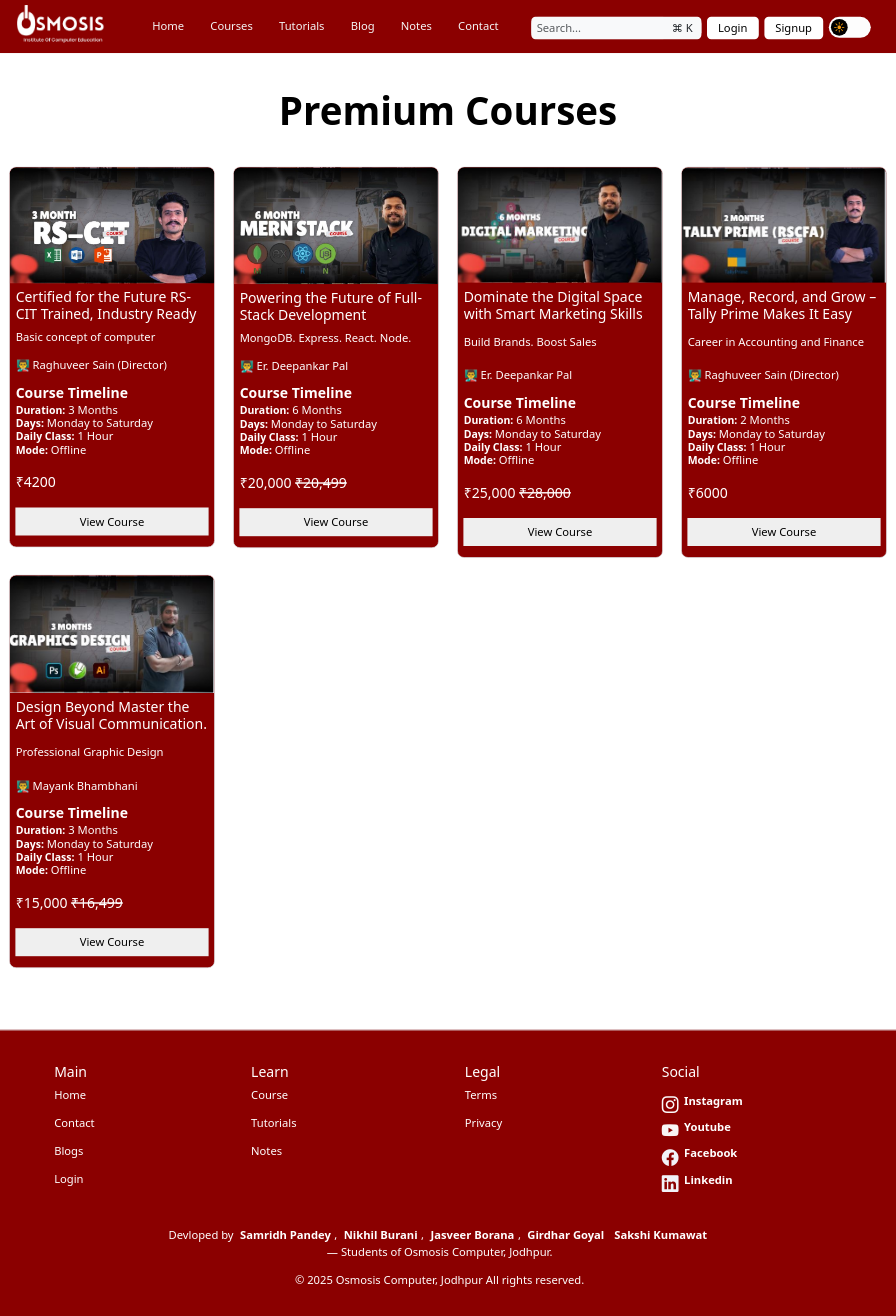
Repository: samriidhpandey/osmosis
Page: /Courses
An editor plug-in stored every save of this project. The page is shown before and after a run of saves, followed by the edit.
The browser window is 1280 px wide. The pictures show the whole page, at 70% of full size.
The project was rebuilt for these pictures with package versions that can differ from the ones it lists, and the page was loaded fresh each time. Also part of the build but not shown: vite.config.js, src/Section2.jsx, src/Section3.jsx, src/Section4.jsx, src/InfiniteReviewScroll.jsx, src/Section5.jsx, src/TypingText.jsx, src/AnimatedName.jsx and 103 more. Imported but missing from the stored project, and not drawn on this page: src/Images/final-app-on-mobile.mp4, src/Images/final-app-on-pc.mp4, src/Images/open-terminals.mp4, src/Images/python-location.mp4.

Above is the page before, as saved 2025-07-21 16:37:53.

### index.html
<!doctype html>
<html lang="en">
  <head>
    <meta charset="UTF-8" />
    <link rel="icon" type="image/png" href="./src/image/fe1.png" />
    <meta name="viewport" content="width=device-width, initial-scale=1.0" />
    <title>Osmosis Computer</title>
    <link href="https://cdn.jsdelivr.net/npm/bootstrap@5.0.2/dist/css/bootstrap.min.css" rel="stylesheet" integrity="sha384-EVSTQN3/azprG1Anm3QDgpJLIm9Nao0Yz1ztcQTwFspd3yD65VohhpuuCOmLASjC" crossorigin="anonymous">
    <link rel="stylesheet" href="https://cdnjs.cloudflare.com/ajax/libs/font-awesome/6.7.2/css/all.min.css" integrity="sha512-Evv84Mr4kqVGRNSgIGL/F/aIDqQb7xQ2vcrdIwxfjThSH8CSR7PBEakCr51Ck+w+/U6swU2Im1vVX0SVk9ABhg==" crossorigin="anonymous" referrerpolicy="no-referrer" />
    <link href="https://cdn.jsdelivr.net/npm/bootstrap@5.3.0/dist/css/bootstrap.min.css" rel="stylesheet" />
<link href="https://cdn.jsdelivr.net/npm/bootstrap-icons/font/bootstrap-icons.css" rel="stylesheet" />
<!-- <iframe src="https://my.spline.design/your-project-link" frameborder="0" width="100%" height="100%"></iframe> -->


  </head>
  <body>
    <div id="root"></div>
    <script type="module" src="/src/main.jsx"></script>
    <script src="https://cdn.jsdelivr.net/npm/bootstrap@5.0.2/dist/js/bootstrap.bundle.min.js" integrity="sha384-MrcW6ZMFYlzcLA8Nl+NtUVF0sA7MsXsP1UyJoMp4YLEuNSfAP+JcXn/tWtIaxVXM" crossorigin="anonymous"></script>
  </body>
</html>

### src/Footer.jsx
import React from 'react'
import get from './image/github.svg'
import get1 from './image/X.svg'
import get2 from './image/youtube.svg'
import { Link } from 'react-router-dom'
import get3 from './image/facebook.svg'


function Footer({isDark}) {
  const footer = {
    backgroundColor: isDark ? '#111827':'darkred',
    color: isDark ? 'white':'white',
  };
  return (
    <>
    <div className="container-fluid">
      <div className="row border-top" style={footer}>
        <div className="col-12 col-sm-12 col-md-12 col-lg-12 col-xl-11 col-xxl-10 m-auto ">
          <div className="row">
            <div className="col-6 col-sm-6 col-md-3 col-lg-3 col-xl-3 col-xxl-3 mt-5 ps-4 fot-menu">
              <h5>Main</h5>
              <Link to="/" className='text-white'><p>Home</p></Link>{""}
              <Link to="/Contact" className='text-white'><p>Contact</p></Link>{""}
              <Link to="/Blog" className='text-white'><p>Blogs</p></Link>{""}
              <Link to="/Login" className='text-white'><p>Login</p></Link>{""}
            </div>

            <div className="col-6 col-sm-6 col-md-3 col-lg-3 col-xl-3 col-xxl-3 mt-5">
              <h5>Learn</h5>
              <Link to="/Courses" className='text-white'><p>Course</p></Link>{""}
              <Link to="/Tutorial" className='text-white'><p>Tutorials</p></Link>{""}
              <Link to="/Notes" className='text-white'><p>Notes</p></Link>{""}

            </div>

            <div className="col-6 col-sm-6 col-md-3 col-lg-3 col-xl-3 col-xxl-3 mt-5 ps-4">
              <h5>Legal</h5>
              <Link to="/Terms" className='text-white'><p>Terms</p></Link>{""}
              <Link to="/Privacy" className='text-white'><p>Privacy</p></Link>{""}
              {/* <p>Refund</p> */}

            </div>

            <div className="col-6 col-sm-6 col-md-3 col-lg-3 col-xl-3 col-xxl-3 mt-5">
              <h5>Social</h5>
             <a href="https://www.instagram.com/osmosis_computer?igsh=MWkyNGtib2s1NG10OQ%3D%3D&utm_source=qr "
              target="_blank"
    rel="noopener noreferrer"
    style={{
      color:'white',
      textDecoration: "none",
      fontWeight: "bold",
      marginTop: "0px",
      marginBottom: "0px",
    }}
    onMouseOver={(e) => (e.target.style.textDecoration = "underline")}
    onMouseOut={(e) => (e.target.style.textDecoration = "none")}><div className="social d-flex p-0 mt-3"> <i className="bi bi-instagram" style={{fontSize:'24px', color:" #fcf9faff",}}></i><img className='img-fluid me-2 bg-light rounded' alt="" /> <p> Instagram</p></div> </a>


    <a href="https://www.youtube.com/@OsmosisComputerJodhpur "
              target="_blank"
    rel="noopener noreferrer"
    style={{
      color:'white',
      textDecoration: "none",
      fontWeight: "bold",
      marginTop: "0px",
      marginBottom: "0px",
    }}
    onMouseOver={(e) => (e.target.style.textDecoration = "underline")}
    onMouseOut={(e) => (e.target.style.textDecoration = "none")}><div className="social d-flex p-0 mt-3"> <i className="bi bi-youtube" style={{fontSize:'24px', color:" #f9f5f5ff",}}></i><img className='img-fluid me-2 bg-light rounded' alt="" /> <p> Youtube</p></div> </a>



    <a href="https://www.facebook.com/share/1LYuEtGZGp/?mibextid=wwXIfr"
              target="_blank"
    rel="noopener noreferrer"
    style={{
      color:'white',
      textDecoration: "none",
      fontWeight: "bold",
      marginTop: "0px",
      marginBottom: "0px",
    }}
    onMouseOver={(e) => (e.target.style.textDecoration = "underline")}
    onMouseOut={(e) => (e.target.style.textDecoration = "none")}><div className="social d-flex p-0 mt-3"> <i className="bi bi-facebook" style={{fontSize:'24px', color:" #f2f2f8ff",}}></i><img className='img-fluid me-2 bg-light rounded' alt="" /> <p> Facebook</p></div> </a>



    <a href="https://www.linkedin.com/company/osmosiscomputer/"
              target="_blank"
    rel="noopener noreferrer"
    style={{
      color:'white',
      textDecoration: "none",
      fontWeight: "bold",
      marginTop: "0px",
      marginBottom: "0px",
    }}
    onMouseOver={(e) => (e.target.style.textDecoration = "underline")}
    onMouseOut={(e) => (e.target.style.textDecoration = "none")}><div className="social d-flex p-0 mt-3"> <i className="bi bi-linkedin" style={{fontSize:'24px', color:" #f2f2f8ff",}}></i><img className='img-fluid me-2 bg-light rounded' alt="" /> <p>Linkedin</p></div> </a>



            </div>
          </div>
        </div>

        <div className="row">
          <div className="col-12">


  <footer
  className='mt-3'
  style={{
    padding: "1.5rem",
    textAlign: "center",


  }}
>
  Devloped by{" "}
  <a
    href="https://www.linkedin.com/in/samridh-pandey-771835317?utm_source=share&utm_campaign=share_via&utm_content=profile&utm_medium=android_app"
    target="_blank"
    rel="noopener noreferrer"
    style={{
      color:'white',
      textDecoration: "none",
      fontWeight: "bold",
      margin: "0 5px",
    }}
    onMouseOver={(e) => (e.target.style.textDecoration = "underline")}
    onMouseOut={(e) => (e.target.style.textDecoration = "none")}
  >
    Samridh Pandey
  </a>
  ,{" "}
  <a
    href="https://www.linkedin.com/in/nikhil-burani?utm_source=share&utm_campaign=share_via&utm_content=profile&utm_medium=android_app"
    target="_blank"
    rel="noopener noreferrer"
    style={{
      color:'white',
      textDecoration: "none",
      fontWeight: "bold",
      margin: "0 5px",
    }}
    onMouseOver={(e) => (e.target.style.textDecoration = "underline")}
    onMouseOut={(e) => (e.target.style.textDecoration = "none")}
  >
    Nikhil Burani
  </a>
  ,{" "}
  <a
    href="https://www.linkedin.com/in/jasveer-borana-39878a373?utm_source=share&utm_campaign=share_via&utm_content=profile&utm_medium=android_app "
    target="_blank"
    rel="noopener noreferrer"
    style={{
      color:'white',
      textDecoration: "none",
      fontWeight: "bold",
      margin: "0 5px",
    }}
    onMouseOver={(e) => (e.target.style.textDecoration = "underline")}
    onMouseOut={(e) => (e.target.style.textDecoration = "none")}
  >
    Jasveer Borana
  </a>
  ,{" "}
  <a
    href="https://www.linkedin.com/in/girdhar-goyal-1376b5332?lipi=urn%3Ali%3Apage%3Ad_flagship3_profile_view_base_contact_details%3B9WR3byrCTMq%2FaVpFyt54vQ%3D%3D"
    target="_blank"
    rel="noopener noreferrer"
    style={{
      textDecoration: "none",
      fontWeight: "bold",
      margin: "0 5px",
      color:'white',
    }}
    onMouseOver={(e) => (e.target.style.textDecoration = "underline")}
    onMouseOut={(e) => (e.target.style.textDecoration = "none")}
  >
    Girdhar Goyal
  </a>{" "}

  <a
    href="https://www.linkedin.com/in/sakshi-k-b046b4320?utm_source=share&utm_campaign=share_via&utm_content=profile&utm_medium=ios_app "
    target="_blank"
    rel="noopener noreferrer"
    style={{
      textDecoration: "none",
      fontWeight: "bold",
      margin: "0 5px",
      color:'white',
    }}
    onMouseOver={(e) => (e.target.style.textDecoration = "underline")}
    onMouseOut={(e) => (e.target.style.textDecoration = "none")}
  >
    Sakshi Kumawat
  </a>{" "}

  <p>—  Students of Osmosis Computer, Jodhpur.</p>
  <p>© 2025 Osmosis Computer, Jodhpur All rights reserved.</p>
</footer>



          </div>
        </div>
      </div>
    </div>
    </>
  )
}

export default Footer

### src/Component2/Courses.jsx
import React from 'react'
import ad1 from '../image/c1.jpg';
import ad2 from '../image/c2.jpg';
import ad3 from '../image/c3.jpg';
import ad4 from '../image/c4.jpg';
import ad5 from '../image/c5.jpg';
import { Link } from "react-router-dom";



function Courses({isDark}) {
  const Courses = {
    backgroundColor: isDark ? '#0E121B' : 'white',
    color: isDark ? 'white' : 'black',
  };
  const Courses1 = {
    backgroundColor: isDark ? 'black' : 'darkred',
    color: isDark ? 'white' : 'white',
  };


  const headingStyle = {
    // fontSize: "20px",
    fontWeight: "600",
    color: "white",
    marginBottom: "-20px",
  };

  const itemStyle = {
    fontSize: "16px",
    color: "white",
    // lineHeight:'-100px',
    marginBottom: "-45px",
  };
  return (
    <>
    {/* <BrowserRouter> */}


    <div className="container-fluid">
      <div className="row"style={Courses}>
        <div className="col-12">
          <h1 className=' fw-bolder text-center mt-5 mb-4'>Premium Courses</h1>
          <div className="row mt-5 mb-5 pb-3">

           <div className="col-12 col-sm-12 col-md-6 col-lg-4 col-xl-3 col-xxl-3" >
            <Link to="/part1" className='part1'>
              <div className="row">
                <div className="col-11 border mb-4 pb-2 m-auto p-0 cour-card" style={Courses1}>
                    <div className="col-12 p-0 cour-img">
                <img src={ad1} className='img-fluid cour-img' alt="" />
              </div>
              <div className=" p-2">
            <h5 className=''>Certified for the Future RS-CIT Trained, Industry Ready</h5>
            <p className=''>Basic concept of computer</p>
            <p className=''>👨‍🏫 Raghuveer Sain (Director)</p>
            <h5  style={headingStyle}>Course Timeline</h5>
      <p style={itemStyle}><strong>Duration:</strong> 3 Months</p>
      <p style={itemStyle}><strong>Days:</strong> Monday to Saturday</p>
      <p style={itemStyle}><strong>Daily Class:</strong> 1 Hour</p>
      <p style={itemStyle}><strong>Mode:</strong> Offline </p>
            <h5 className='mt-5'>₹4200</h5>

            <button className='w-100 mt-3 border-0 pt-2 pb-2'>View Course</button>
          </div>
                </div>
              </div>

            </Link>{""}
          </div>


          <div className="col-12 col-sm-12 col-md-6 col-lg-4 col-xl-3 col-xxl-3">
            <Link to="/part2" className='part1'>
              <div className="row">
                <div className="col-11 border mb-4 pb-2 m-auto p-0 cour-card" style={Courses1}>
                    <div className="col-12 p-0 cour-img">
                <img src={ad2} className='img-fluid cour-img' alt="" />
              </div>
              <div className=" p-2">
            <h5 className=''>Powering the Future of Full-Stack Development</h5>
            <p className=''>MongoDB. Express. React. Node.</p>
            <p className=''>👨‍🏫 Er. Deepankar Pal</p>
            <h5 style={headingStyle}>Course Timeline</h5>
      <p style={itemStyle}><strong>Duration:</strong> 6 Months</p>
      <p style={itemStyle}><strong>Days:</strong> Monday to Saturday</p>
      <p style={itemStyle}><strong>Daily Class:</strong> 1 Hour</p>
      <p style={itemStyle}><strong>Mode:</strong> Offline </p>
            <h5 className='mt-5'>₹20,000 <s>₹20,499</s></h5>

            <button className='w-100 mt-3 border-0 pt-2 pb-2'>View Course</button>
          </div>
                </div>
              </div>
             </Link>{""}

          </div>



          <div className="col-12 col-sm-12 col-md-6 col-lg-4 col-xl-3 col-xxl-3">
            <Link to="/part3" className='part1'>
              <div className="row">
                <div className="col-11 border mb-4 pb-2 m-auto p-0 cour-card" style={Courses1}>
                    <div className="col-12 p-0 cour-img">
                <img src={ad3} className='img-fluid cour-img w-100' alt="" />
              </div>
              <div className=" p-2">
            <h5 className=''>Dominate the Digital Space with Smart Marketing Skills</h5>
            <p className='mt-3'>Build Brands. Boost Sales</p>
            <p className='mt-4'>👨‍🏫 Er. Deepankar Pal</p>
            <h5 style={headingStyle}>Course Timeline</h5>
      <p style={itemStyle}><strong>Duration:</strong> 6 Months</p>
      <p style={itemStyle}><strong>Days:</strong> Monday to Saturday</p>
      <p style={itemStyle}><strong>Daily Class:</strong> 1 Hour</p>
      <p style={itemStyle}><strong>Mode:</strong> Offline </p>
            <h5 className='mt-5'>₹25,000 <s>₹28,000</s></h5>

            <button className='w-100 mt-3 border-0 pt-2 pb-2'>View Course</button>
          </div>
                </div>
              </div>
             </Link>{""}

          </div>




          <div className="col-12 col-sm-12 col-md-6 col-lg-4 col-xl-3 col-xxl-3">
            <Link to="/part4" className='part1'>
              <div className="row">
                <div className="col-11 border mb-4 pb-2 m-auto p-0 cour-card" style={Courses1}>
                    <div className="col-12 p-0 cour-img">
                <img src={ad4} className='img-fluid cour-img w-100' alt="" />
              </div>
              <div className=" p-2">
            <h5 className=''>Manage, Record, and Grow – Tally Prime Makes It Easy</h5>
            <p className='mt-3'>Career in Accounting and Finance</p>
            <p className='mt-4'>👨‍🏫 Raghuveer Sain (Director)</p>
            <h5 style={headingStyle}>Course Timeline</h5>
      <p style={itemStyle}><strong>Duration:</strong> 2 Months</p>
      <p style={itemStyle}><strong>Days:</strong> Monday to Saturday</p>
      <p style={itemStyle}><strong>Daily Class:</strong> 1 Hour</p>
      <p style={itemStyle}><strong>Mode:</strong> Offline </p>
            <h5 className='mt-5'>₹6000</h5>

            <button className='w-100 mt-3 border-0 pt-2 pb-2'>View Course</button>
          </div>
                </div>
              </div>
             </Link>{""}

          </div>





          <div className="col-12 col-sm-12 col-md-6 col-lg-4 col-xl-3 col-xxl-3">
            <Link to="/part5" className='part1'>
              <div className="row">
                <div className="col-11 border mb-4 pb-2 m-auto p-0 cour-card" style={Courses1}>
                    <div className="col-12 p-0 cour-img">
                <img src={ad5} className='img-fluid cour-img w-100' alt="" />
              </div>
              <div className=" p-2">
            <h5 className=''>Design Beyond Master the Art of Visual Communication.</h5>
            <p className='mt-3'>Professional Graphic Design</p>
            <p className='mt-4'>👨‍🏫 Mayank Bhambhani</p>
            <h5 style={headingStyle}>Course Timeline</h5>
      <p style={itemStyle}><strong>Duration:</strong> 3 Months</p>
      <p style={itemStyle}><strong>Days:</strong> Monday to Saturday</p>
      <p style={itemStyle}><strong>Daily Class:</strong> 1 Hour</p>
      <p style={itemStyle}><strong>Mode:</strong> Offline </p>
            <h5 className='mt-5'>₹15,000 <s>₹16,499</s></h5>

            <button className='w-100 mt-3 border-0 pt-2 pb-2'>View Course</button>
          </div>
                </div>
              </div>
             </Link>{""}

          </div>





          </div>
        </div>
      </div>


    </div>


    </>
  )
}

export default Courses

Loaded but not shown: src/main.jsx (common file); src/App.jsx (426 lines, source omitted); src/App.css (1048 lines, source omitted); src/index.css (no stored copy; drawn as an empty file)

After the next 3 saves:
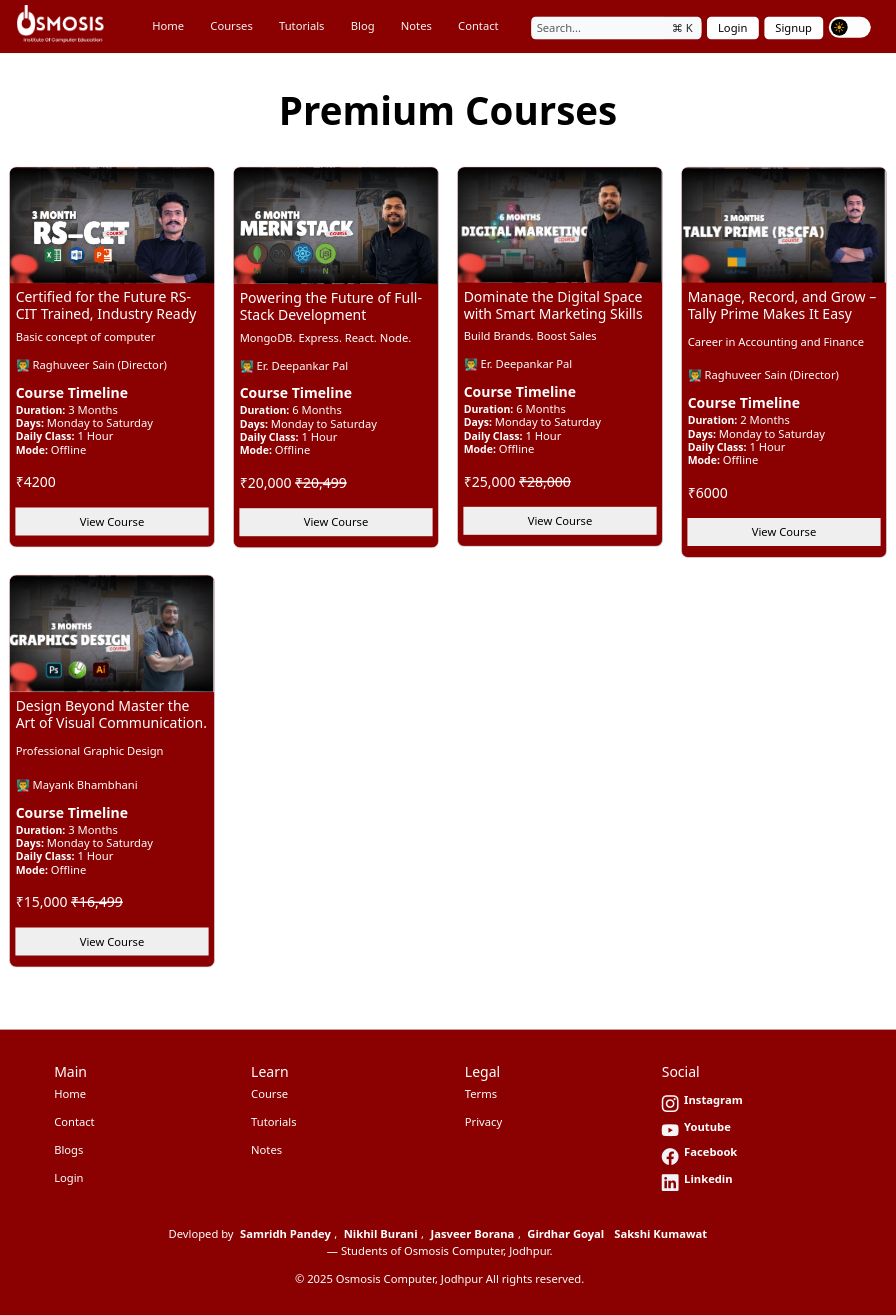
The 3 saves are shown as one change because they came seconds apart.
The last was saved 10 s later.
--- a/src/Component2/Courses.jsx
+++ b/src/Component2/Courses.jsx
@@ -107,8 +107,8 @@
               </div>
               <div className=" p-2">
             <h5 className=''>Dominate the Digital Space with Smart Marketing Skills</h5>
-            <p className='mt-3'>Build Brands. Boost Sales</p>
-            <p className='mt-4'>👨‍🏫 Er. Deepankar Pal</p>
+            <p className=''>Build Brands. Boost Sales</p>
+            <p className=''>👨‍🏫 Er. Deepankar Pal</p>
             <h5 style={headingStyle}>Course Timeline</h5>
       <p style={itemStyle}><strong>Duration:</strong> 6 Months</p>
       <p style={itemStyle}><strong>Days:</strong> Monday to Saturday</p>
